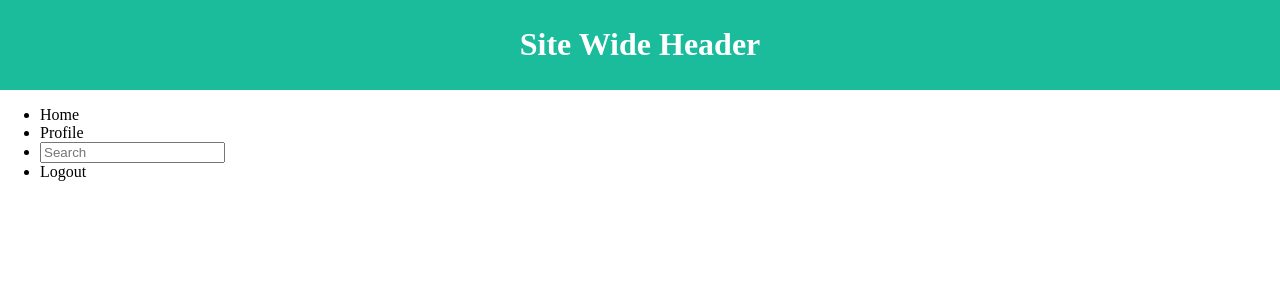
Repository: ayeza-baseer/AssignmentFlexbox
Page: assignment.html
The author's editor kept a copy of each file at every save. The page is drawn from the files as they stood at one save, then again after the next save.
The browser window is 1280 px wide. The pictures show the whole page.

Above is the page before, as saved 2023-03-17 13:29:25.

### assignment.html
<!DOCTYPE html>
<html lang="en">
<head>

    <link rel="stylesheet" href="assignment.css">


</head>
<body>
<div>
    <header class="header"><h1>
        Site Wide Header
    </h1></header>
    <nav>
        <ul class="container">
            <li>Home</li>
            <li>Profile</li>
            <li class="search">
                <input type="text" class="search-input" placeholder="Search">
            </li>
            <li>Logout</li>
        </ul>
    </nav>


</div>

</body>
</html>

### assignment.css
.header{
    padding: 5px;

    text-align: center;
    background: #1abc9c;
    color: white;
}

body{
    margin:0
}

After the next save:
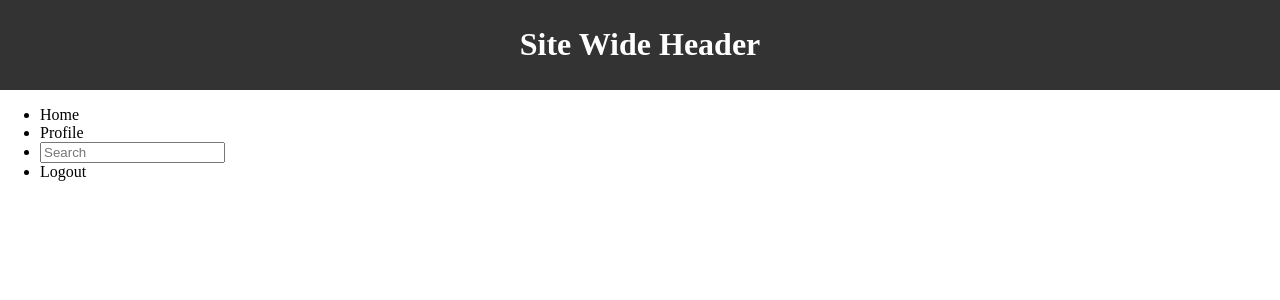
Saved 79 s later.
--- a/assignment.css
+++ b/assignment.css
@@ -1,8 +1,10 @@
 .header{
     padding: 5px;
+    background-color: #333;
+	 color: #ccc;
 
     text-align: center;
-    background: #1abc9c;
+
     color: white;
 }
 
